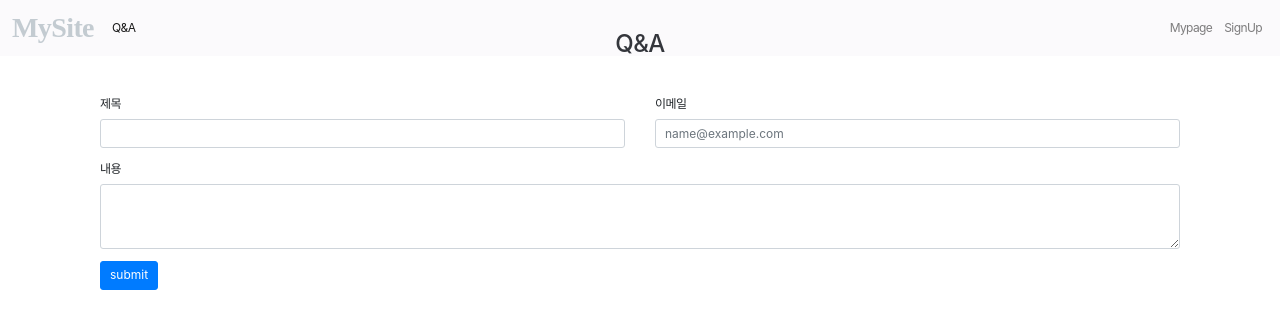
Repository: JungSWon/Project
Page: http://localhost/qna
The author's editor kept a record of every edit. The page is drawn from the files as they stood at one moment, then again after the next edit.
The browser window is 1280 px wide. The pictures show the whole page.
Some web fonts or font styles are not loaded; a fallback is used. The page is served by the project's application, run on Django 2.2 (pj05/manage.py). Other server files are loaded and not shown.

Above is the page before.

### 05_detail/pj05/detail/views.py
from django.shortcuts import render

# Create your views here.
def index(request):
    return render(request,'index.html')

def qna(request):
    return render(request,'qna.html')


def mypage(request):
    return render(request,'mypage.html')


def signup(request):
    return render(request,'signup.html')

def notfound(request,noturl):
    return render(request,'notfound.html',{'noturl':noturl})

### 05_detail/pj05/detail/templates/qna.html
{% extends 'base.html' %}

{% block title %}
프로젝트공오다시디테일 - QnA
{% endblock %}


{% block body %}

<div class="container">
    <div class="qnatitle">
        <h2>Q&A</h2>
    </div>

    <form>
        <div class='container'>
            <div class= 'row'>
                <div class="col-6 form-group">
                  <label for="exampleFormControlInput1">제목</label>
                  <input type="email" class="form-control" id="exampleFormControlInput1" >
                </div>

                <div class="col-6 form-group">
                  <label for="exampleFormControlInput1">이메일</label>
                  <input type="email" class="form-control" id="exampleFormControlInput1" placeholder="name@example.com">
                </div>
            </div>
        </div>
        <div class='container'>
            <div class="form-group">
              <label for="exampleFormControlTextarea1">내용</label>
              <textarea class="form-control" id="exampleFormControlTextarea1" rows="3"></textarea>
            </div>
            <button type="submit" class="btn btn-primary mb-2">submit</button>
        </div>
    </form>


</div>


{% endblock %}

### 05_detail/pj05/detail/templates/base.html
{% load static %}
<!DOCTYPE html>
<html lang="ko">
    <head>
        <meta charset="UTF-8">
        <meta name="viewport" content="width=device-width, initial-scale=1.0">
        <meta http-equiv="X-UA-Compatible" content="ie=edge">
        <link rel="stylesheet" href="https://stackpath.bootstrapcdn.com/bootstrap/4.3.1/css/bootstrap.min.css" integrity="sha384-ggOyR0iXCbMQv3Xipma34MD+dH/1fQ784/j6cY/iJTQUOhcWr7x9JvoRxT2MZw1T" crossorigin="anonymous">
        <link rel='stylesheet' href="{% static 'css/style.css' %}">
        <!--/pj05/detail/static/css/style.css-->
        <link href="https://fonts.googleapis.com/css?family=Baloo+Thambi|Noto+Sans+KR:400,700,900|Work+Sans:400,700,900" rel="stylesheet">
        <!--<link rel ='icon' type='image/png' sizes="96x96" href="{% static 'assets/icons8-finn-96.png' %}">-->
        <title>{% block title %}{% endblock %}</title>
    </head>

<body>
        <nav class="navbar col-12 navbar-expand-sm navbar-light bg-fad sticky-top">
        <a class="navbar-brand" href="#"> MySite </a>
        <button class="navbar-toggler" type="button" data-toggle="collapse" data-target="#navbarNav" aria-controls="navbarNav" aria-expanded="false" aria-label="Toggle navigation">
            <span class="navbar-toggler-icon"></span>
        </button>
        <div class="navbar-nav">
            <li class="nav-item active" id="navbarNav">
                <a class="nav-link" href="/qna">Q&A <span class="sr-only">(current)</span></a>
            </li>
        </div>
        <div class="collapse navbar-collapse" id="navbarNav">
            <ul class="navbar-nav">
                <li class="nav-item">
                    <a class="nav-link" href="/mypage">Mypage</a>
                </li>
                <li class="nav-item">
                    <a class="nav-link" href="/signup">SignUp</a>
                </li>
            </ul>
        </div>
        </nav>

        <script src="https://code.jquery.com/jquery-3.3.1.slim.min.js" integrity="sha384-q8i/X+965DzO0rT7abK41JStQIAqVgRVzpbzo5smXKp4YfRvH+8abtTE1Pi6jizo" crossorigin="anonymous"></script>
        <script src="https://cdnjs.cloudflare.com/ajax/libs/popper.js/1.14.7/umd/popper.min.js" integrity="sha384-UO2eT0CpHqdSJQ6hJty5KVphtPhzWj9WO1clHTMGa3JDZwrnQq4sF86dIHNDz0W1" crossorigin="anonymous"></script>
        <script src="https://stackpath.bootstrapcdn.com/bootstrap/4.3.1/js/bootstrap.min.js" integrity="sha384-JjSmVgyd0p3pXB1rRibZUAYoIIy6OrQ6VrjIEaFf/nJGzIxFDsf4x0xIM+B07jRM" crossorigin="anonymous"></script>
    {% block body %}
    {% endblock %}
</body>
</html>

### 05_detail/pj05/pj05_detail/urls.py
"""pj05_detail URL Configuration

The `urlpatterns` list routes URLs to views. For more information please see:
    https://docs.djangoproject.com/en/2.1/topics/http/urls/
Examples:
Function views
    1. Add an import:  from my_app import views
    2. Add a URL to urlpatterns:  path('', views.home, name='home')
Class-based views
    1. Add an import:  from other_app.views import Home
    2. Add a URL to urlpatterns:  path('', Home.as_view(), name='home')
Including another URLconf
    1. Import the include() function: from django.urls import include, path
    2. Add a URL to urlpatterns:  path('blog/', include('blog.urls'))
"""
from django.contrib import admin
from django.urls import path
from detail import views

urlpatterns = [
    path('admin/', admin.site.urls),
    path('', views.index),
    path('mypage', views.mypage),
    path('notfound', views.notfound),
    path('qna', views.qna),
    path('signup', views.signup),
]

### 05_detail/pj05/detail/static/css/style.css
html{
    font-size: 12px;
    font-family: 'Work Sans', sans-serif;
    font-family: 'Noto Sans KR', sans-serif;
    letter-spacing: -0.05em;
}


.navbar {
    padding-top: 10px;
    padding-bottom: 10px;
    background-color: rgba(210, 208, 222, 0.1);
    position: absolute;
}



    /* 아이템 좌측이동 */
.collapse.navbar-collapse {
    justify-content: flex-end;
}

#navbarNav {
    color: #c3cbd1;
}


    /* 네브바 좌측 대표이름, 로고 */
.navbar-light .navbar-brand {
    font-family: 'Baloo Thambi', cursive;
    font-size: 28px;
    line-height: 1;
    font-weight: 700;
    color: #c3cbd1;
}




/*index*/


#cover{
    display: flex;
    justify-content: flex-start;
    align-items: center;
    height: 350px;
    background-size: cover;
    background-position: center center;
    color: floralwhite;
    background-image: url('/static/assets/cover.jpg');
}

.cover-title{
    font-size: 60px;
    line-height: 1.15;
    font-weight: 700;
    margin-bottom: 20px;
    display: flex;
    justify-content: center;
}




#footer{
    padding: 0 1rem 0 3rem;
    height: 50px;
    background-color: #607485;
    color: #121312;
    display: flex;
    align-items: flex-end;
}


.footer-copy{
    letter-spacing: -0.04;
    display: flex;
    align-items: flex-end;
    font-size: 20px;
}



a.top{
    line-height: 2rem;
    margin-bottom: 10px;
}

a.top img{
    width: 30px;
    height: 30px;
    position: relative;
}



.page-body{
    margin: 100px 30px;
}


/*signup*/
.signup-t{
    margin:30px 0;
}





/*Q&A*/
.qnatitle{
    margin:30px 0;
    display: flex;
    justify-content: center;
}





/*mypage*/

.mypage-body{
    margin: 100px 200px;
}

.image-cropper {
    width: 184px;
    height: 184px;
    position: relative;
    overflow: hidden;
    border-radius: 50%;
    margin-left: 5px;
}

.card-img-top round {
    margin: auto 0;
    height: auto;
    width: 100%;
}


/*notfound*/

#notfound-cover{
    background-color: #FBE725;
    color: #181818;

}

After the next edit:
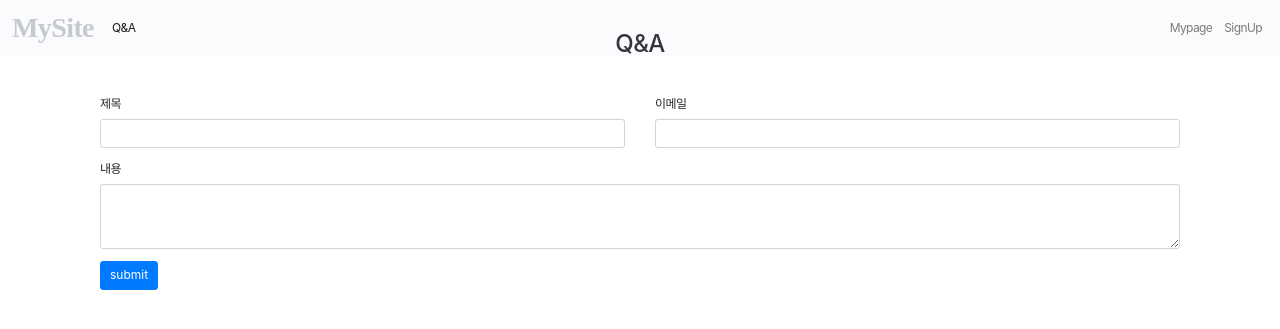
The edit:
--- a/05_detail/pj05/detail/templates/qna.html
+++ b/05_detail/pj05/detail/templates/qna.html
@@ -22,7 +22,7 @@
 
                 <div class="col-6 form-group">
                   <label for="exampleFormControlInput1">이메일</label>
-                  <input type="email" class="form-control" id="exampleFormControlInput1" placeholder="name@example.com">
+                  <input type="email" class="form-control" id="exampleFormControlInput1" >
                 </div>
             </div>
         </div>
